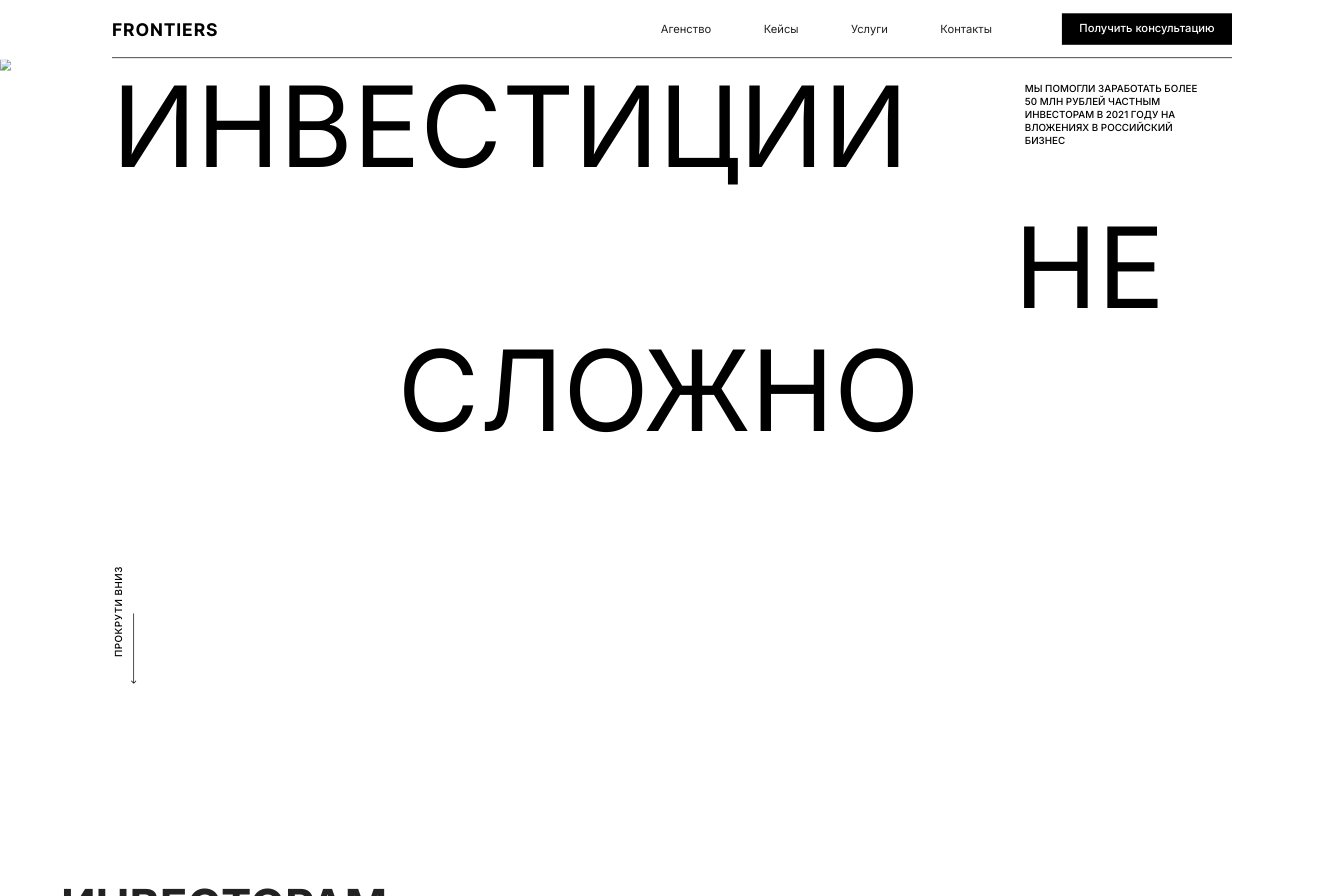
Repository: NadyaKorvin/frontiers
Page: /
The author's editor kept a copy of each file at every save. The page is drawn from the files as they stood at one save, then again after the next save.
The browser window is 1280 px wide. The page is 1920 px wide, so the pictures cover 1920 px, including what lies to the right of the window. The pictures show the part of the page from y = 0 to 1280 px (the page is 1728 px tall), at 70% of full size.
The project was rebuilt for these pictures with package versions that can differ from the ones it lists, and the page was loaded fresh each time.

Above is the page before, as saved 2022-05-23 06:09:21.
Not found: public/images/image.webp

### public/index.html
<!DOCTYPE html>
<html lang="en">
  <head>
    <meta charset="utf-8" />
    <link rel="icon" href="%PUBLIC_URL%/favicon.ico" />
    <meta name="viewport" content="width=device-width, initial-scale=1" />
    <meta name="theme-color" content="#000000" />
    <meta name="description" content="Web site created using create-react-app" />
    <link rel="apple-touch-icon" href="%PUBLIC_URL%/logo192.png" />
    <link rel="manifest" href="%PUBLIC_URL%/manifest.json" />
    <link rel="preconnect" href="https://fonts.googleapis.com" />
    <link rel="preconnect" href="https://fonts.gstatic.com" crossorigin />
    <link href="https://fonts.googleapis.com/css2?family=Inter:wght@300;400;500;700&display=swap" rel="stylesheet" />
    <title>FRONTIERS</title>
  </head>
  <body>
    <noscript>You need to enable JavaScript to run this app.</noscript>
    <div id="root"></div>
  </body>
</html>

### src/index.js
import React from "react"
import ReactDOM from "react-dom/client"

import App from "./App"

const root = ReactDOM.createRoot(document.getElementById("root"))
root.render(
  <React.StrictMode>
    <App />
  </React.StrictMode>
)

### src/App.js
import { useState } from "react";
import "./App.css";
import { SecondScreenAnimation } from "./components/secondScreen/SecondScreenAnimation";
import FirstScreenAnimation from "./components/firstScreen/FirstScreenAnimation";

function App() {
  const [mousePosition, setMousePosition] = useState("");

  const listenUpperMousePosition = (event) => {
    console.log(event);
    console.log(event.target);
    setMousePosition(event.target);
  };

  return (
    <>
      <FirstScreenAnimation />
      <div className="App">
        <SecondScreenAnimation listenMousePosition={listenUpperMousePosition} />
      </div>
    </>
  );
}
export default App;

### src/App.css
@import url("./reset.css");
@import url("./components/secondScreen/SecondScreen.css");
@import url("./font/font.css");

body {
  font-family: "Inter";
}

### src/components/secondScreen/SecondScreenAnimation.js
export function SecondScreenAnimation({ listenMousePosition, mousePosition }) {
  let goUp = ""
  const goUpBlackLines = (mousePosition) => {
    if (mousePosition === "animation__text_first_part") {
      goUp = "up"
      return goUp
    }
  }
  goUpBlackLines(mousePosition)
  console.log(goUp)
  return (
    <div className="animation__text_block">
      {goUp != "up" ? (
        <div>
          <div className="animation__text" onMouseOver={listenMousePosition}>
            <p className="animation__text_first_part">Инвесторам сложно найти хорошие проекты,</p>
            <p className="animation__text_second_part">а хорошим проектам — инвестиции.</p>
          </div>
          <div className="animation__black_lines">
            <div className="animation__1th_black_line"></div>
            <div className="animation__2th_black_line"></div>
            <div className="animation__3th_black_line"></div>
          </div>
        </div>
      ) : (
        <div>
          <div className="animation__text" onMouseOver={listenMousePosition}>
            <p className="animation__text_first_part" style={{ color: "#fff" }}>
              Инвесторам сложно найти хорошие проекты,
            </p>
            <p className="animation__text_second_part" style={{ color: "#000" }}>
              а хорошим проектам — инвестиции.
            </p>
          </div>
          <div className="animation__black_lines">
            <div className="animation__1th_black_line" style={{ width: "484px", marginTop: "-475px" }}></div>
            <div className="animation__2th_black_line" style={{ width: "586px" }}></div>
            <div className="animation__3th_black_line" style={{ width: "722px" }}></div>
          </div>
        </div>
      )}
    </div>
  )
}

### src/components/firstScreen/FirstScreenAnimation.js
import React from "react";
import style from "./FirstScreen.module.css";

export default function FirstScreenAnimation() {
  const pointer = (
    <svg
      width="8"
      height="101"
      viewBox="0 0 8 101"
      fill="none"
      xmlns="http://www.w3.org/2000/svg"
    >
      <path
        d="M4.35355 100.356C4.15829 100.551 3.84171 100.551 3.64645 100.356L0.464466 97.1735C0.269204 96.9783 0.269204 96.6617 0.464466 96.4664C0.659728 96.2712 0.976311 96.2712 1.17157 96.4664L4 99.2948L6.82843 96.4664C7.02369 96.2712 7.34027 96.2712 7.53553 96.4664C7.7308 96.6617 7.7308 96.9783 7.53553 97.1735L4.35355 100.356ZM3.5 100.002L3.5 0.00195312H4.5L4.5 100.002H3.5Z"
        fill="black"
      />
    </svg>
  );
  const image = "../../../public/images/image.webp"
  return (
    <>
      <section className={style.first__screen}>
        <div className={style.header}>
          <div className={style.logotype}>FRONTIERS</div>
          <nav className={style.nav__sidebar}>
            <ul>Агенство</ul>
            <ul>Кейсы</ul>
            <ul>Услуги</ul>
            <ul>Контакты</ul>
          </nav>
          <div className={style.button}>
            <p className={style.text__btn}>Получить консультацию</p>
          </div>
        </div>
        <div className={style.content}>
          <p>ИНВЕСТИЦИИ</p>
          <p>НЕ</p>
          <p>СЛОЖНО</p>
          <p>
            Мы помогли заработать более 50 млн рублей частным инвесторам в 2021
            году на вложениях в российский бизнес
          </p>
          <p>ПРОКРУТИ ВНИЗ</p>
          <div className={style.content__pointer}>{pointer}</div>
          <img src={image} />
        </div>
      </section>
    </>
  );
}

### src/reset.css
html,
body,
div,
span,
applet,
object,
iframe,
h1,
h2,
h3,
h4,
h5,
h6,
p,
blockquote,
pre,
a,
abbr,
acronym,
address,
big,
cite,
code,
del,
dfn,
em,
img,
ins,
kbd,
q,
s,
samp,
small,
strike,
strong,
sub,
sup,
tt,
var,
b,
u,
i,
center,
dl,
dt,
dd,
ol,
ul,
li,
fieldset,
form,
label,
legend,
table,
caption,
tbody,
tfoot,
thead,
tr,
th,
td,
article,
aside,
canvas,
details,
embed,
figure,
figcaption,
footer,
header,
hgroup,
menu,
nav,
output,
ruby,
section,
summary,
time,
mark,
audio,
video {
  margin: 0;
  padding: 0;
  border: 0;
  font-size: 100%;
  font: inherit;
  vertical-align: baseline;
}

:focus {
  outline: 0;
}

article,
aside,
details,
figcaption,
figure,
footer,
header,
hgroup,
menu,
nav,
section {
  display: block;
}

body {
  line-height: 1;
}

ol,
ul {
  list-style: none;
}

blockquote,
q {
  quotes: none;
}

blockquote:before,
blockquote:after,
q:before,
q:after {
  content: "";
  content: none;
}

table {
  border-collapse: collapse;
  border-spacing: 0;
}

input[type="search"]::-webkit-search-cancel-button,
input[type="search"]::-webkit-search-decoration,
input[type="search"]::-webkit-search-results-button,
input[type="search"]::-webkit-search-results-decoration {
  -webkit-appearance: none;
  -moz-appearance: none;
}

input[type="search"] {
  -webkit-appearance: none;
  -moz-appearance: none;
  -webkit-box-sizing: content-box;
  -moz-box-sizing: content-box;
  box-sizing: content-box;
}

textarea {
  overflow: auto;
  vertical-align: top;
  resize: vertical;
}

[hidden] {
  display: none;
}

html {
  font-size: 100%; /* 1 */
  -webkit-text-size-adjust: 100%; /* 2 */
  -ms-text-size-adjust: 100%; /* 2 */
}

a:focus {
  outline: thin dotted;
}

a:active,
a:hover {
  outline: 0;
}

img {
  border: 0;
  -ms-interpolation-mode: bicubic;
}

figure {
  margin: 0;
}

form {
  margin: 0;
}

fieldset {
  border: 1px solid #c0c0c0;
  margin: 0 2px;
  padding: 0.35em 0.625em 0.75em;
}

legend {
  border: 0; /* 1 */
  padding: 0;
  white-space: normal; /* 2 */
  *margin-left: -7px; /* 3 */
}

button,
input,
select,
textarea {
  font-size: 100%; /* 1 */
  margin: 0; /* 2 */
  vertical-align: baseline; /* 3 */
  *vertical-align: middle; /* 3 */
}

button,
input {
  line-height: normal;
}

button,
select {
  text-transform: none;
}

button,
html input[type="button"], /* 1 */
input[type="reset"],
input[type="submit"] {
  -webkit-appearance: button; /* 2 */
  cursor: pointer; /* 3 */
  *overflow: visible; /* 4 */
}

button[disabled],
html input[disabled] {
  cursor: default;
}

input[type="checkbox"],
input[type="radio"] {
  box-sizing: border-box; /* 1 */
  padding: 0; /* 2 */
  *height: 13px; /* 3 */
  *width: 13px; /* 3 */
}

input[type="search"] {
  -webkit-appearance: textfield; /* 1 */
  -moz-box-sizing: content-box;
  -webkit-box-sizing: content-box; /* 2 */
  box-sizing: content-box;
}

input[type="search"]::-webkit-search-cancel-button,
input[type="search"]::-webkit-search-decoration {
  -webkit-appearance: none;
}

button::-moz-focus-inner,
input::-moz-focus-inner {
  border: 0;
  padding: 0;
}

textarea {
  overflow: auto; /* 1 */
  vertical-align: top; /* 2 */
}

table {
  border-collapse: collapse;
  border-spacing: 0;
}

html,
button,
input,
select,
textarea {
  color: #222;
}

::-moz-selection {
  background: #b3d4fc;
  text-shadow: none;
}

::selection {
  background: #b3d4fc;
  text-shadow: none;
}

img {
  vertical-align: middle;
}

fieldset {
  border: 0;
  margin: 0;
  padding: 0;
}

textarea {
  resize: vertical;
}

.chromeframe {
  margin: 0.2em 0;
  background: #ccc;
  color: #000;
  padding: 0.2em 0;
}

### src/components/secondScreen/SecondScreen.css
.second__screen {
  display: flex;
}

.animation__text_block {
  margin-top: 174px;
  margin-left: 87px;
  width: 770px;
}

.animation__text_first_part,
.animation__text_second_part {
  text-transform: uppercase;
  font-size: 65px;
  font-weight: 700;
  line-height: 79px;
  transition: 0.5s ease-out;
}

.animation__text_second_part {
  color: #fff;
}

.animation__black_lines {
  margin-left: -10px;
  margin-top: -236px;
}

.animation__1th_black_line {
  margin-bottom: 5px;
  height: 75px;
  width: 444px;
  background-color: #000;
  transition: 0.5s ease-out;
}

.animation__2th_black_line {
  margin-bottom: 5px;
  height: 75px;
  width: 475px;
  background-color: #000;
  transition: 0.5s ease-out;
}
.animation__3th_black_line {
  height: 75px;
  width: 502px;
  background-color: #000;
  transition: 0.5s ease-out;
}

### src/font/font.css
@font-face {
  font-family: "Inter";
  src:
    url("./Inter-Bold.ttf") format("truetype")
    url("./Inter-Bold.woff2") format("woff2"),
    url("./Inter-Bold.woff") format("woff");
  font-weight: 700;
  font-style: normal;
  font-stretch: normal;
  unicode-range: U+0020-E0D0;
}

@font-face {
  font-family: "Inter";
  src:
    url("./Inter-Regular.woff2") format("woff2"),
    url("./Inter-Regular.ttf") format("truetype")
    url("./Inter-Regular.woff") format("woff");
  font-weight: 400;
  font-style: normal;
  font-stretch: normal;
  unicode-range: U+0020-E0D0;
}

@font-face {
    font-family:'Inter Medium';
    src:
        url("./Inter-Medium.ttf") format("truetype")
        url('Inter-Medium.woff2') format('woff2'),
		url('Inter-Medium.woff') format('woff');
    font-weight: 500;
    font-style: normal;
    font-stretch: normal;
    unicode-range: U+0020-E0D0;
}

@font-face {
    font-family:'Inter Light';
    src:
        url("./Inter-Light.ttf") format("truetype")
        url('Inter-Light.woff2') format('woff2'),
		url('Inter-Light.woff') format('woff');
    font-weight: 300;
    font-style: normal;
    font-stretch: normal;
    unicode-range: U+0020-E0D0;
}

### src/components/firstScreen/FirstScreen.module.css
.first__screen {
  width: 1920px;
  height: 1080px;
}

.header {
  width: 1600px;
  height: 82px;
  margin: 0 160px;
  border-bottom: 1px solid #000000;
  display: flex;
}

.logotype {
  width: 151px;
  height: 30px;
  padding-top: 27px;
  font-family: "Inter";
  font-style: normal;
  font-weight: 700;
  font-size: 25px;
  line-height: 30px;
  letter-spacing: 0.05em;
  color: #000000;
}

.nav__sidebar {
  display: flex;
  justify-content: space-between;
  width: 473px;
  padding-top: 33px;
  padding-left: 633px;
}

.button {
  position: absolute;
  width: 243px;
  height: 45px;
  left: 1517px;
  top: 19px;
  background: #000000;
}

.text__btn {
  padding-top: 12px;
  padding-bottom: 12px;
  font-family: "Inter";
  font-style: normal;
  font-weight: 500;
  font-size: 16px;
  line-height: 19px;
  text-align: center;
  color: #ffffff;
}

.content > p {
  position: absolute;
  font-family: "Inter";
  font-style: normal;
  font-weight: 400;
  font-size: 160px;
  line-height: 194px;
  text-transform: uppercase;
  color: #000000;
}

p:nth-child(1) {
  top: 83px;
  left: 160px;
}

p:nth-child(2) {
  top: 285px;
  left: 1449px;
}

p:nth-child(3) {
  top: 461px;
  left: 568px;
}

p:nth-child(4) {
  width: 265px;
  height: 90px;
  top: 118px;
  left: 1464px;
  box-sizing: content-box;
  font-family: "Inter";
  font-style: normal;
  font-weight: 500;
  font-size: 14px;
  line-height: 130%;
  text-transform: uppercase;
  color: #000000;
}

p:nth-child(5) {
  position: absolute;
  width: 130px;
  height: 17px;
  left: 104px;
  top: 865px;
  font-family: "Inter";
  font-style: normal;
  font-weight: 500;
  font-size: 14px;
  line-height: 17px;
  letter-spacing: 0.05em;
  color: #000000;
  transform: rotate(-90deg);
}

.content__pointer {
    position: absolute;
    top: 876px;
    left: 187px;
}

After the next save:
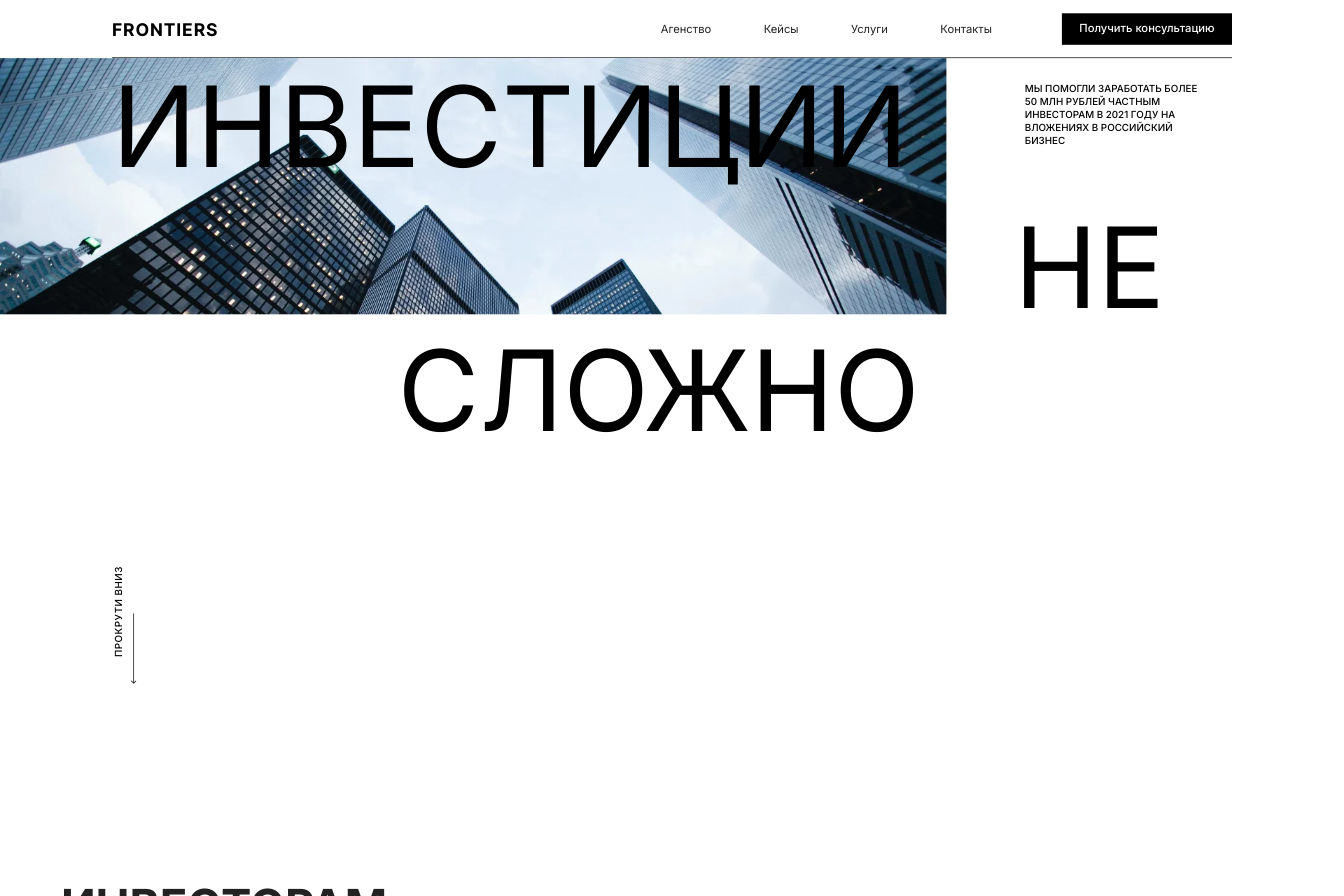
Saved 5 s later.
--- a/src/components/firstScreen/FirstScreenAnimation.js
+++ b/src/components/firstScreen/FirstScreenAnimation.js
@@ -1,5 +1,6 @@
 import React from "react";
 import style from "./FirstScreen.module.css";
+
 
 export default function FirstScreenAnimation() {
   const pointer = (
@@ -16,7 +17,7 @@ export default function FirstScreenAnimation() {
       />
     </svg>
   );
-  const image = "../../../public/images/image.webp"
+  const image = "/public/images/image.webp"
   return (
     <>
       <section className={style.first__screen}>
